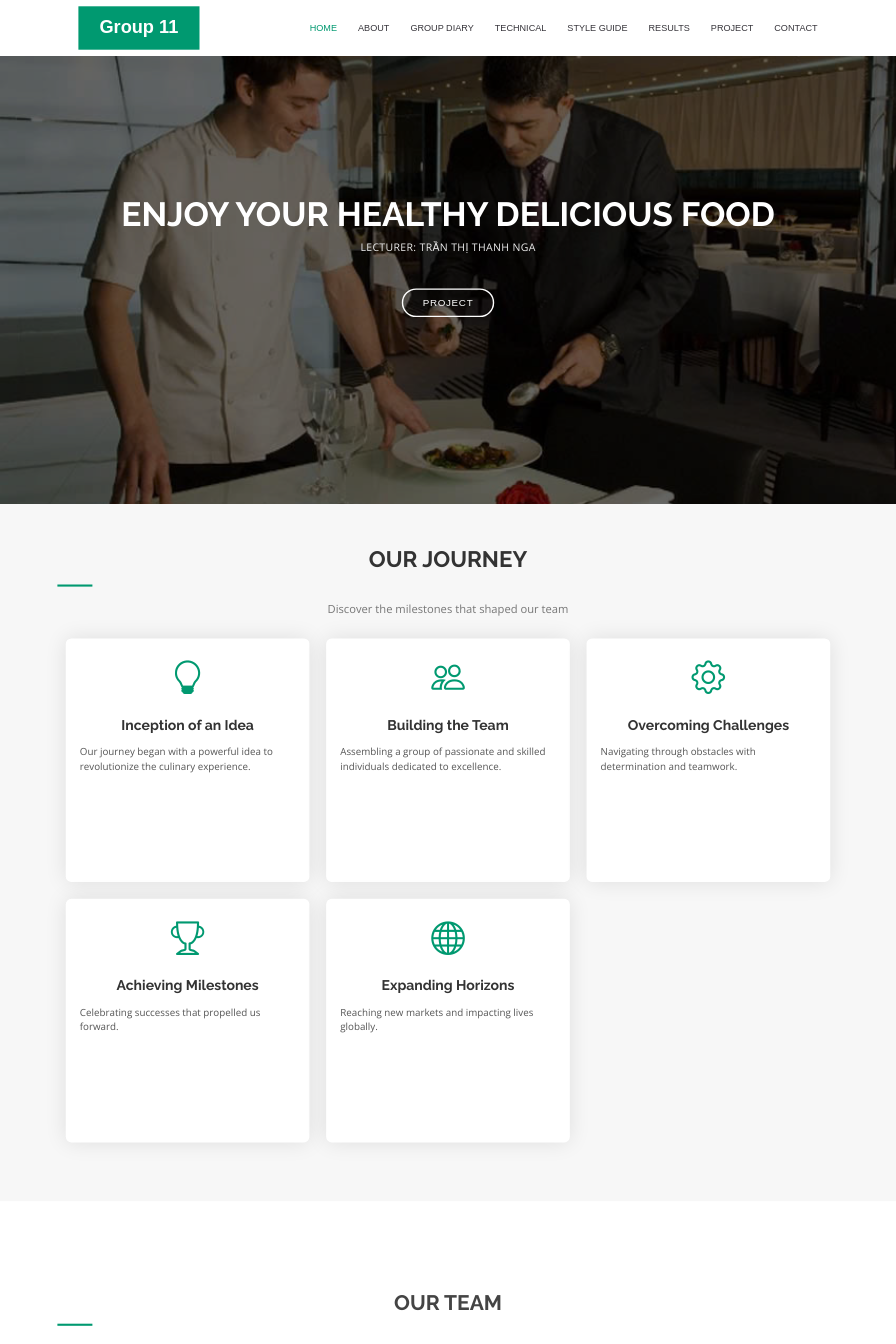
Repository: HoangKhangKhuPho4/Group_Web
Page: index.html
These files come from the project's save history. The page is drawn as it stood at one moment and after the next save; the edit follows.
The browser window is 1280 px wide. The pictures show the part of the page from y = 0 to 1920 px (the page is 3167 px tall), at 70% of full size.
Backgrounds fixed to the window are drawn as part of the page.

Above is the page before, as saved 2024-10-20 00:23:55.

After the next save:
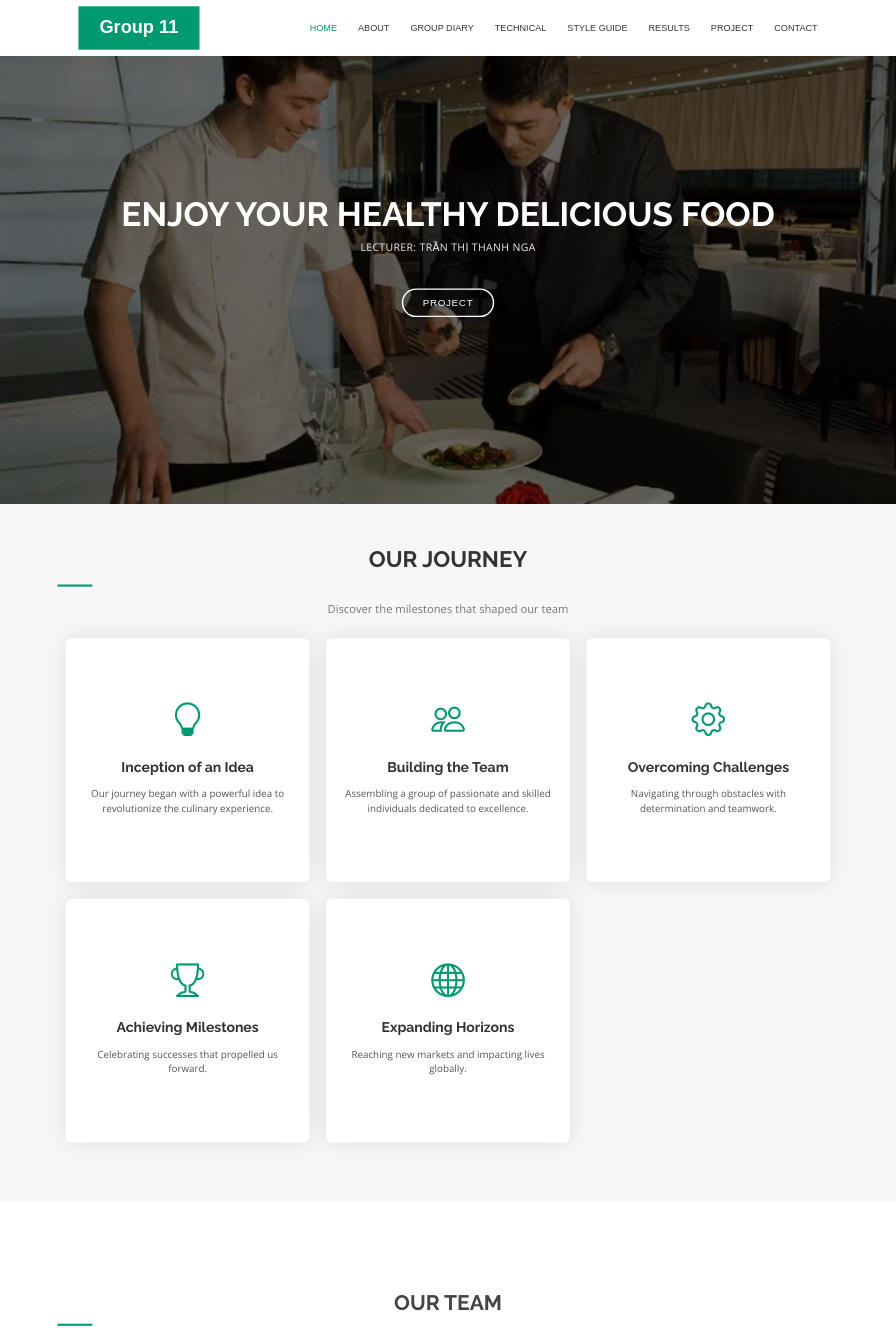
Saved 32 s later.
--- a/assets/css/style.css
+++ b/assets/css/style.css
@@ -623,11 +623,11 @@ section {
     text-align: center;
   }
 
-.story-item .description {
+  .story-item .description {
     font-size: 14px;
     color: #555;
-    flex-grow: 1;
-}
+    text-align: center;
+  }
 
 /*--------------------------------------------------------------
 # Portfolio Details Section
